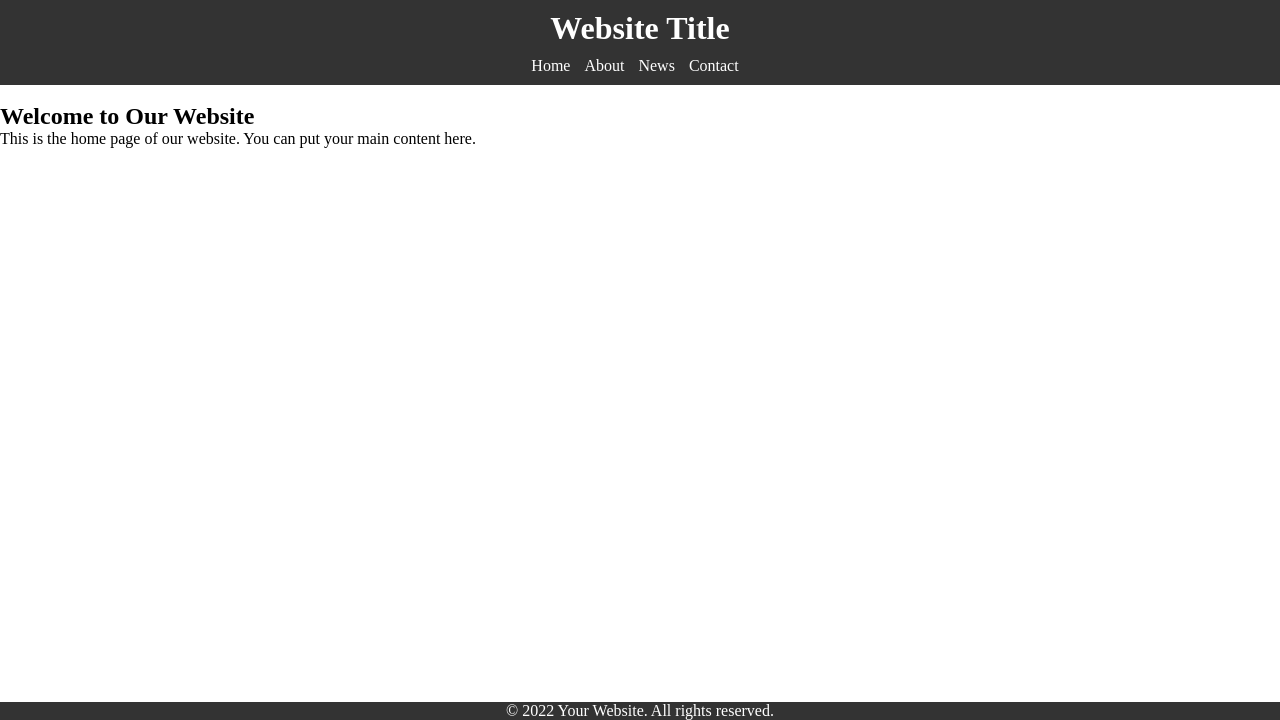
Repository: KHANHD192/Docker_lab
Page: http://localhost/?file=home.php
An editor plug-in stored every save of this project. The page is shown before and after the next save, followed by the edit.
The browser window is 1280 px wide. The pictures show the whole page.
The page is run by PHP 8.4 with error messages shown; the project is at /var/www/html/.

Above is the page before, as saved 2024-04-08 16:47:40.

### src/index.php
<!DOCTYPE html>
<html lang="en">
<head>
    <meta charset="UTF-8">
    <meta name="viewport" content="width=device-width, initial-scale=1.0">
    <title>Header</title>
    <!-- Định nghĩa CSS cho header -->
    <style>
        *{
            padding:0;
            margin:0;
        }


        header {
            background-color: #333;
            color: #fff;
            padding: 10px;
            text-align: center;
        }

        nav {
            text-align: center;
            margin-top: 10px;
        }

        nav ul {
            list-style-type: none;
            padding: 0;
            margin: 0;
        }

        nav ul li {
            display: inline;
            margin-right: 10px;
        }

        nav ul li a {
            color: #fff;
            text-decoration: none;
        }

        nav ul li a:hover {
            text-decoration: underline;
        }
        footer {
            background-color: #333;
            color: #fff;
            text-align: center;
            position: fixed;
            bottom: 0;
            width: 100%;
        }
    </style>
</head>
<body>
<header>
        <h1>Website Title</h1>
        <nav>
            <ul>
                <li><a href="?file=home.php">Home</a></li>
                <li><a href="?file=about.php">About</a></li>
                <li><a href="?file=news.php">News</a></li>
                <li><a href="?file=contact.php">Contact</a></li>
            </ul>
        </nav>
    </header>
    <content>
        <?php

        // print_r($black_list);
//validate
       if(empty($_GET['file'])) {
        include("include/home.php");
       }else {
        // echo "haha";/
        $black_list= array(
            "/etc/issue",
            "/etc/passwd",
            "/etc/shadow",
            "/etc/group",
            "/etc/hosts",
            "/etc/motd",
            "/proc/[0-9]*/fd/[0-9]*",
            "/proc/self/environ",
            "/proc/version",
            "/proc/cmdline",
            "/proc/sched_debug",
            "/proc/mounts",
            "/proc/net/arp",
            "/proc/net/route",
            "/proc/net/tcp"
        );
        $path=str_replace("../","",$_GET['file']);
        // echo $path;
        echo "</br>";

        foreach($black_list as $item){
            // echo $item;
            echo stripos($path,$item);
            // if(stripos($path,$item) >=0 ){
            //     echo "<h3>Hacking detected !</h3>";
            //     echo "</br>";
            //     die();
            // }
        }
        $src = "include/".$path;
        include($src);
       }
        ?>
    </content>
    <footer>
     <p>&copy; 2022 Your Website. All rights reserved.</p>
    </footer>
</body>
</html>

### src/include/home.php
<div>
        <h2>Welcome to Our Website</h2>
        <p>This is the home page of our website. You can put your main content here.</p>
</div>

After the next save:
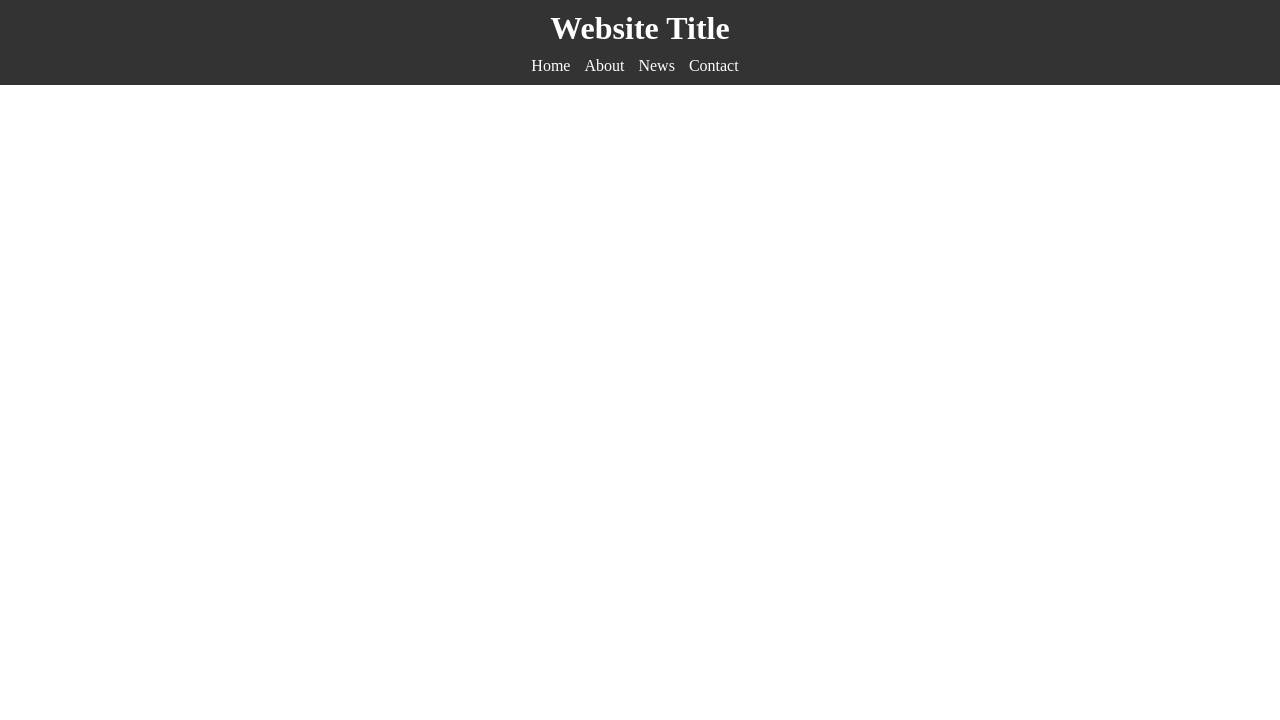
Saved 20 s later.
--- a/src/index.php
+++ b/src/index.php
@@ -101,7 +101,7 @@
             // if(stripos($path,$item) >=0 ){
             //     echo "<h3>Hacking detected !</h3>";
             //     echo "</br>";
-            //     die();
+                die();
             // }
         }
         $src = "include/".$path;

After the save that followed:
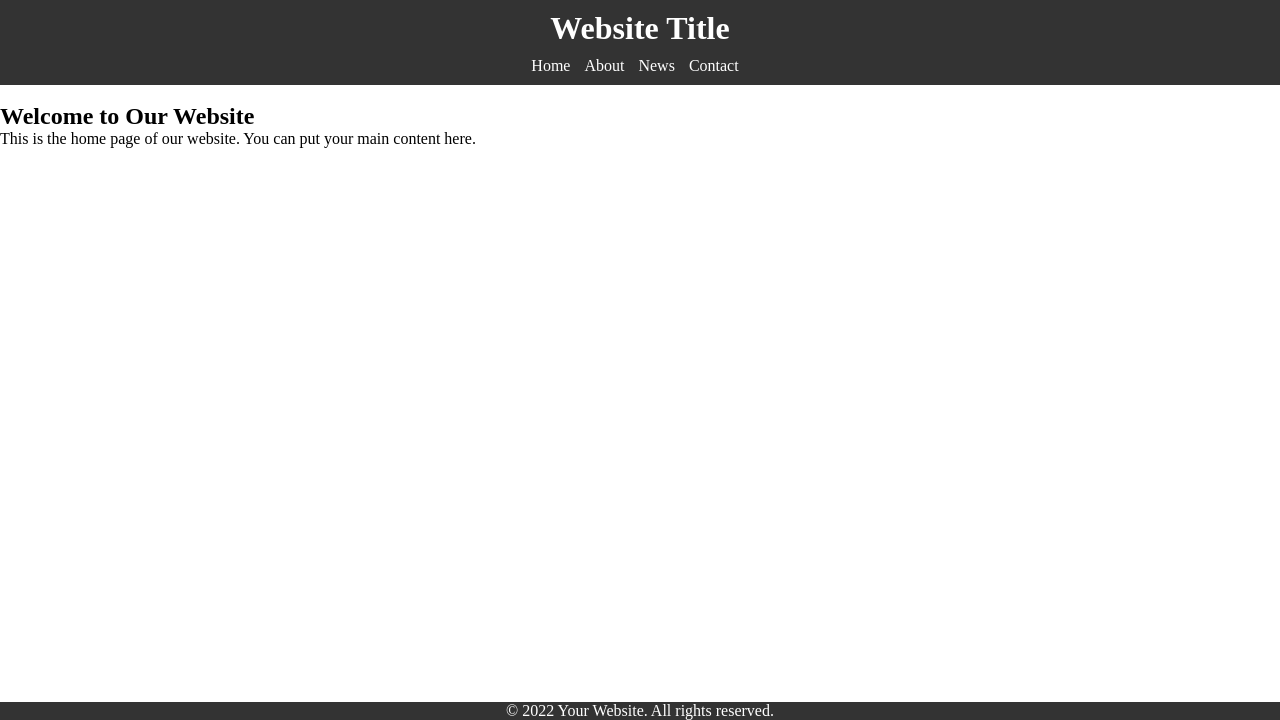
Saved 12 s later.
--- a/src/index.php
+++ b/src/index.php
@@ -101,7 +101,7 @@
             // if(stripos($path,$item) >=0 ){
             //     echo "<h3>Hacking detected !</h3>";
             //     echo "</br>";
-                die();
+                break;
             // }
         }
         $src = "include/".$path;
